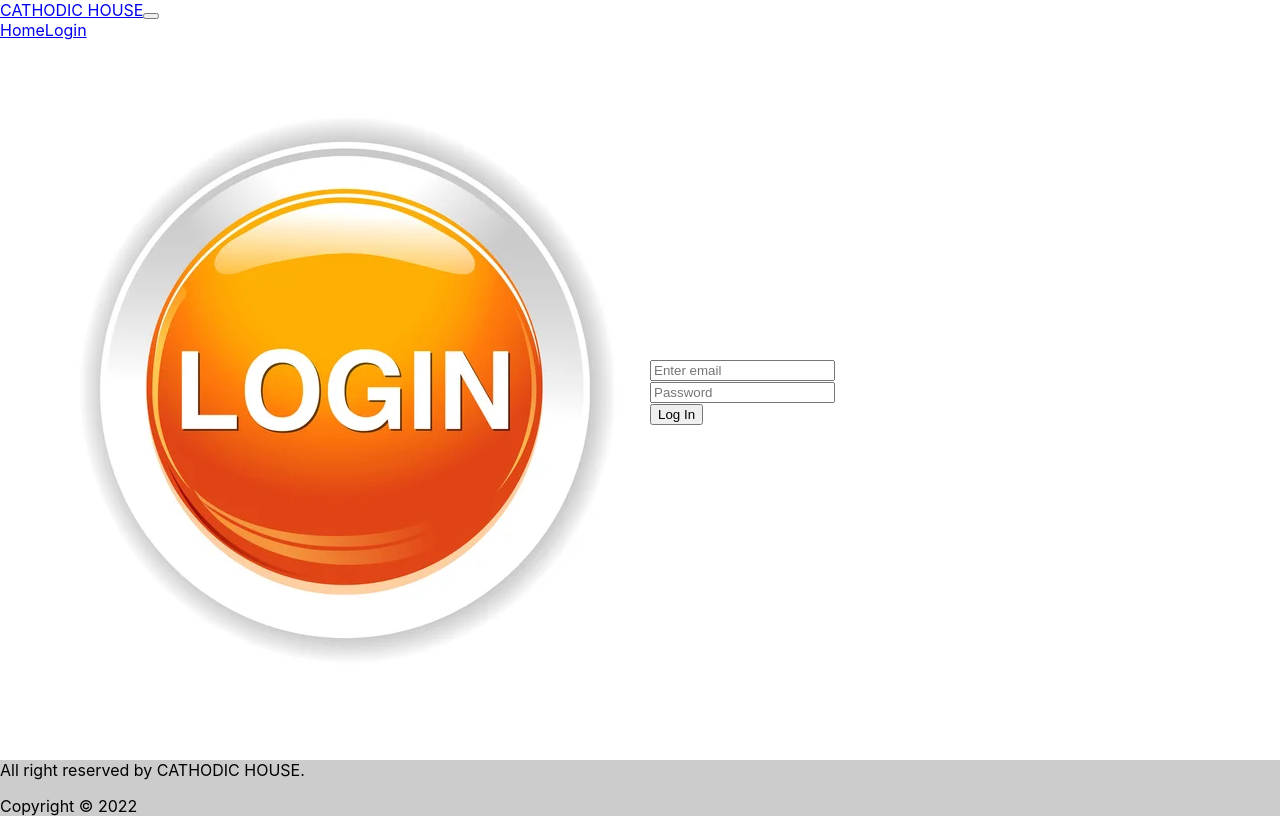
Repository: grnisna/warehouse-management-client-11
Page: /login
An editor plug-in stored every save of this project. The page is shown before and after the next save, followed by the edit.
The browser window is 1280 px wide. The pictures show the whole page.
The project was rebuilt for these pictures with package versions that can differ from the ones it lists, and the page was loaded fresh each time. Also part of the build but not shown: src/components/Home/Carosel/Carosel.css, src/components/Home/Carosel/Carosel.js, src/components/Hooks/UseItems/UseItems.js, src/components/Home/Item/Item.css, src/components/Home/Item/Item.js, src/components/Home/Items/Items.css, src/components/Home/Items/Items.js, src/components/Home/Home.js and 4 more.

Above is the page before, as saved 2022-05-09 20:58:46.

After the next save:
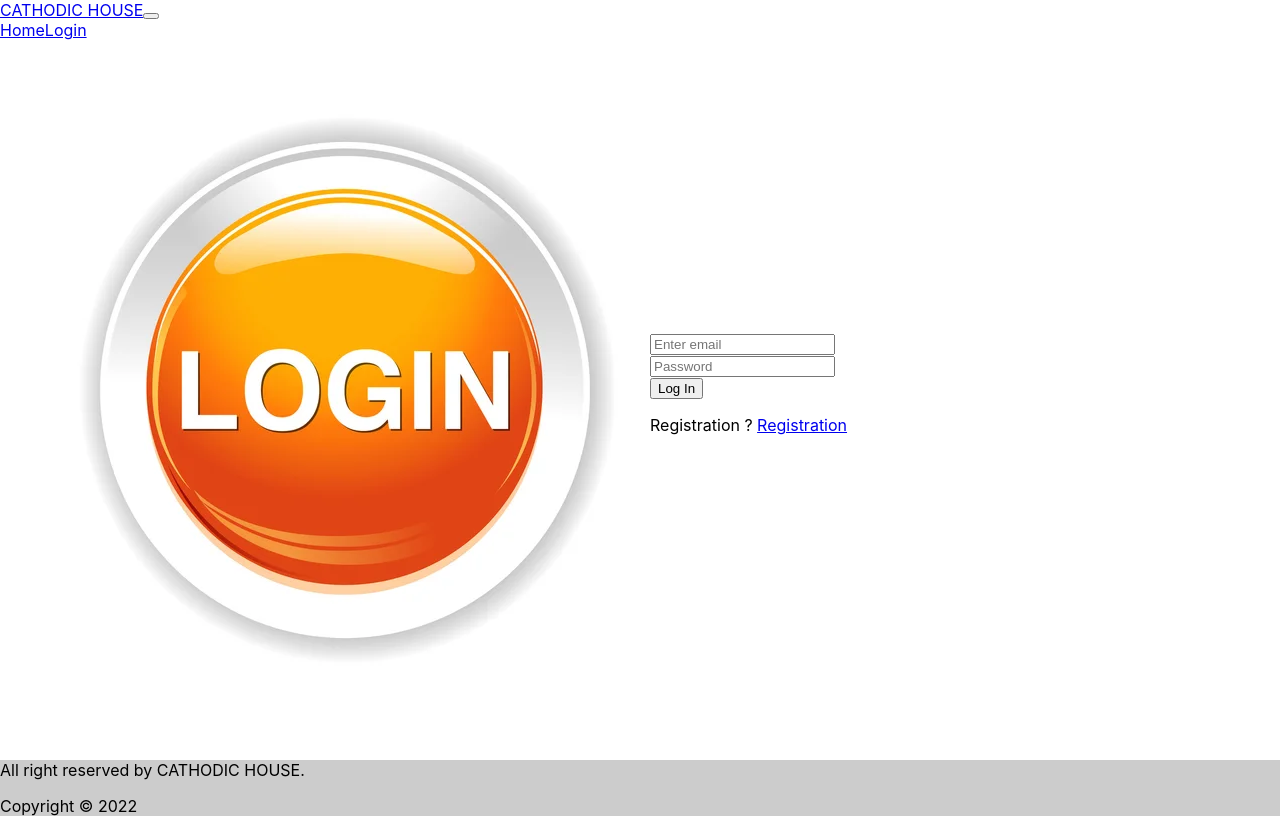
Saved 99 s later.
--- a/src/components/Login/Login/Login.js
+++ b/src/components/Login/Login/Login.js
@@ -6,6 +6,7 @@ import image from '../../../images/login/login-image.jpg';
 import './Login.css';
 import { toast } from 'react-toastify';
 import 'react-toastify/dist/ReactToastify.css';
+import { Link } from 'react-router-dom';
 
 const Login = () => {
     const [user, loading, errorr] = useAuthState(auth);
@@ -49,6 +50,7 @@ const Login = () => {
                         Log In
                     </Button>
                 </Form>
+                <p>Registration ? <Link to='/registration' >Registration</Link> </p>
             </div>
         </div>
     );
